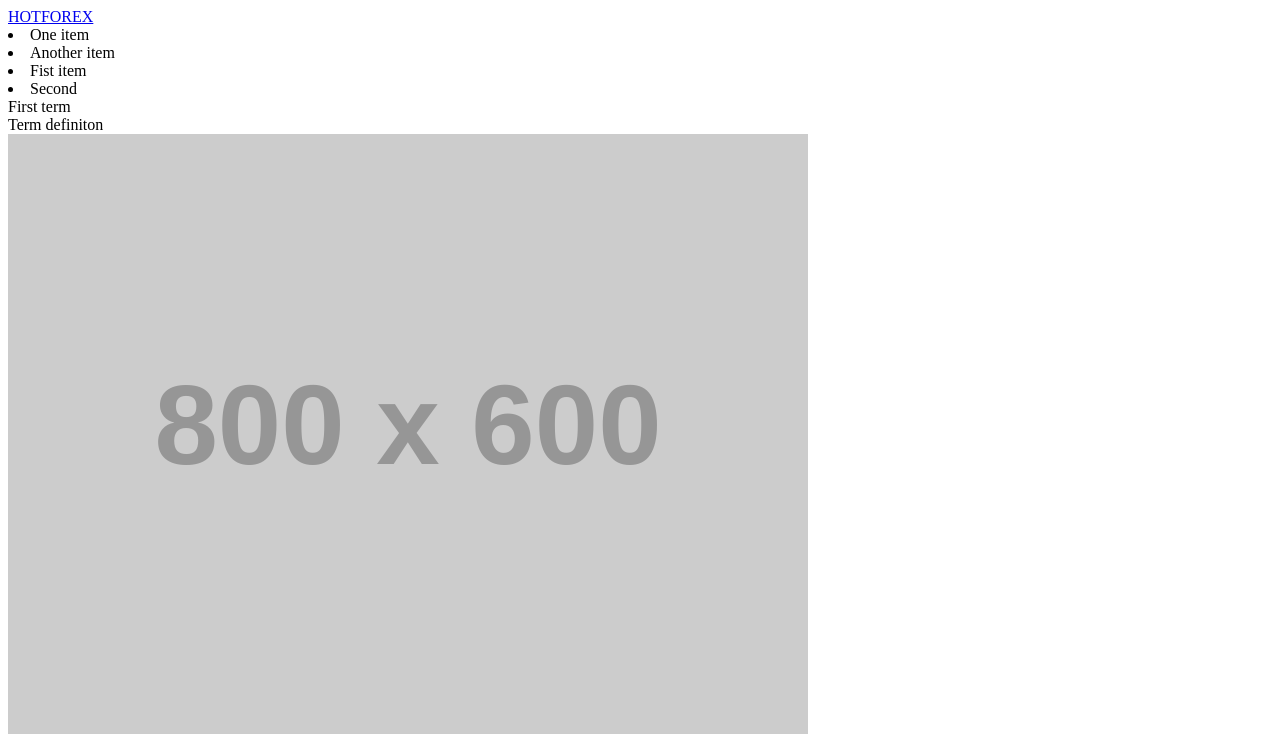
Repository: brianratemo/images.html
Page: hot1.html
An editor plug-in stored every save of this project. The page is shown before and after the next save, followed by the edit.
The browser window is 1280 px wide. The pictures show the whole page.

Above is the page before, as saved 2023-03-20 18:38:15.

After the next save:
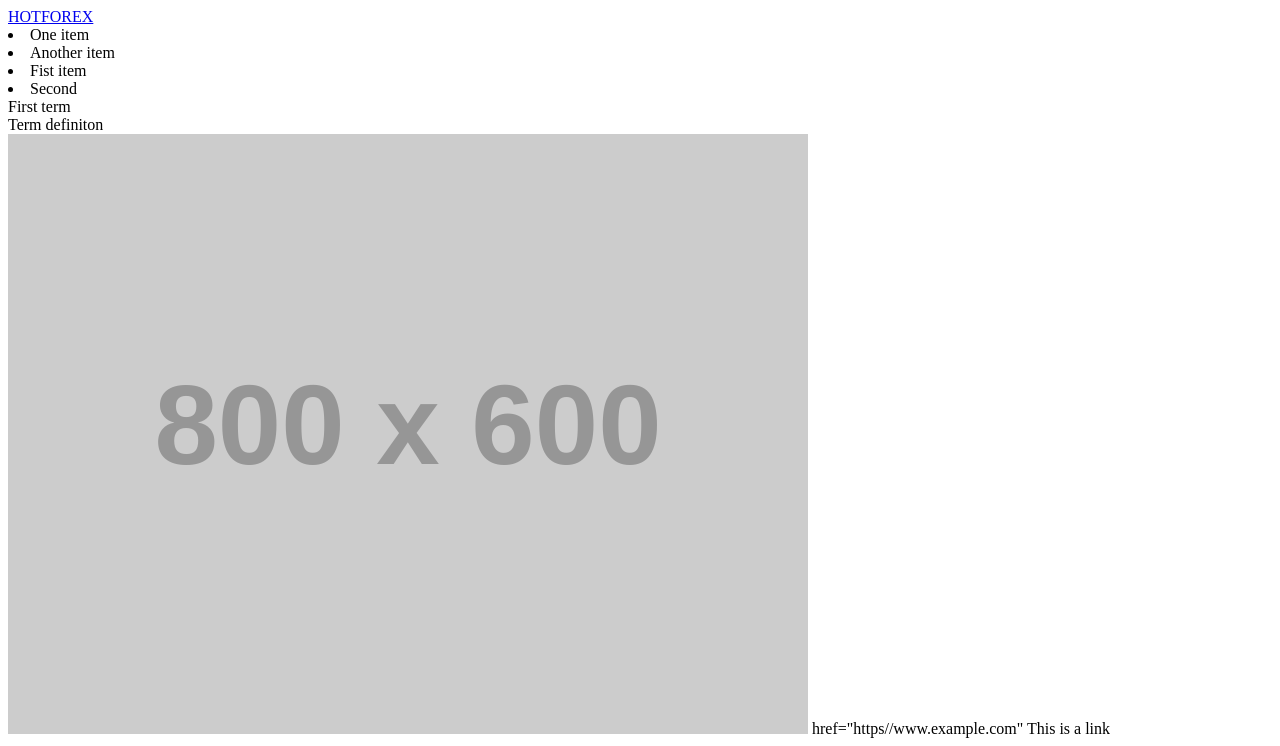
Saved 9 min 6 s later.
--- a/hot1.html
+++ b/hot1.html
@@ -11,7 +11,7 @@
     <li>Second</li>
 </o1>
 
-    <d1>
+<d1>
         <dt>First term</dt>
         <dt>Term definiton</dt>
     </d1>
@@ -20,3 +20,4 @@
     alt="Alternative Text"
     title="Display Title"
     widht="800" height="600" />
+<a> href="https//www.example.com" This is a link</a>
